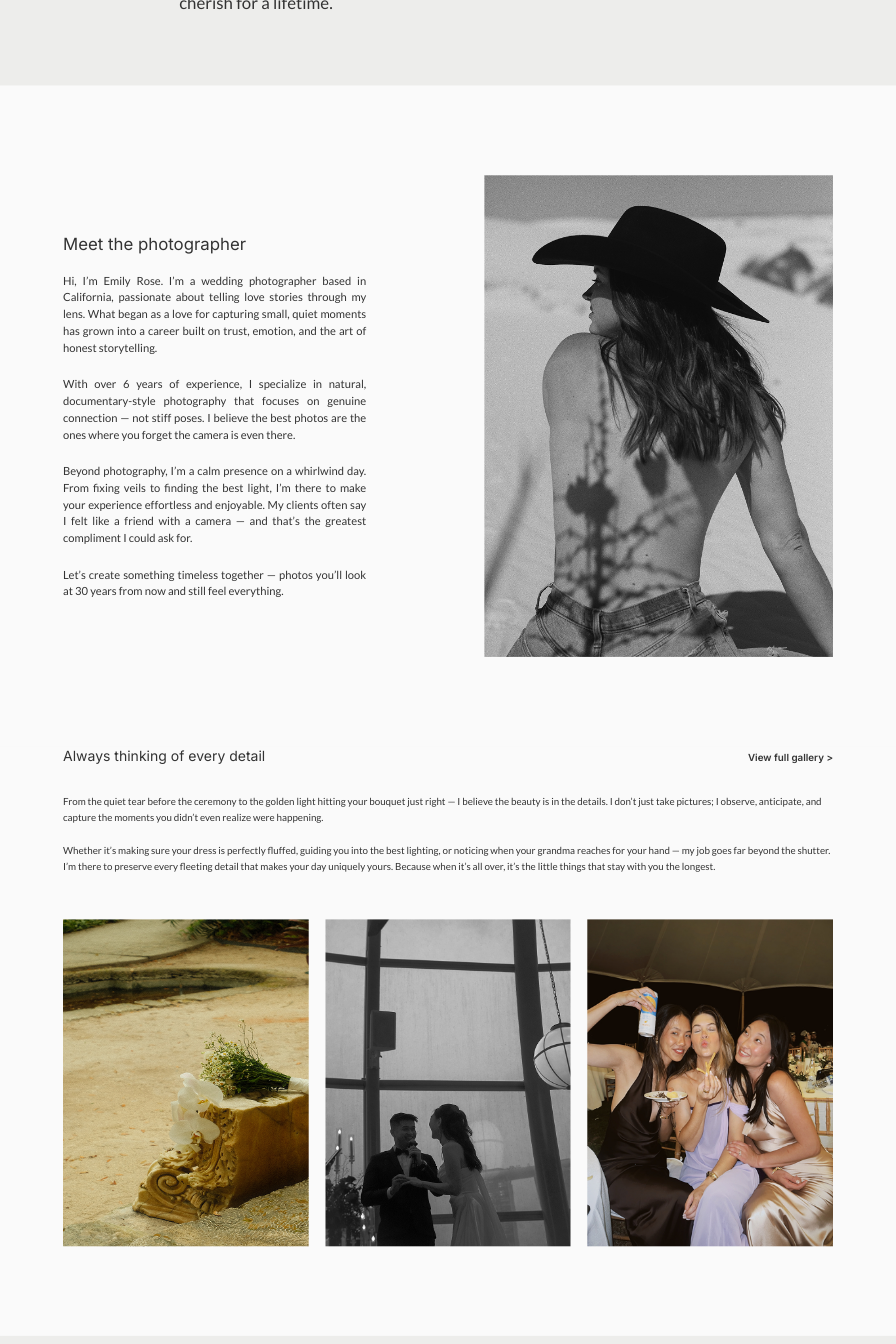
Repository: eduarda-magnago/wt-photography
Page: /
These files come from the project's save history. The page is drawn as it stood at one moment and after the next save; the edit follows.
The browser window is 1280 px wide. The pictures show the part of the page from y = 949 to 2869 px (the page is 3826 px tall before and 3829 px after), at 70% of full size.
Some web fonts or font styles are not loaded; a fallback is used. The project was rebuilt for these pictures with package versions that can differ from the ones it lists, and the page was loaded fresh each time. The framework's server and built-in components were replaced by stand-ins that run in the browser. Also part of the build but not shown: next.config.ts.

Above is the page before, as saved 2026-10-14 12:49:45.

### app/layout.tsx
import type { Metadata } from "next";
import { Inter, Lato, Cormorant_SC } from "next/font/google";
import Header from "@/components/layout/header";
import Footer from "@/components/layout/footer";
import "./globals.css";

const inter = Inter({
  subsets: ["latin"],
  variable: "--font-inter",
});

const lato = Lato({
  subsets: ["latin"],
  weight: ["300", "400", "700"],
  variable: "--font-lato",
});

const cormorant = Cormorant_SC({
  subsets: ["latin"],
  weight: ["300", "400", "500"],
  variable: "--font-cormorant",
});

export const metadata: Metadata = {
  title: "WT Timeless Photography",
  description: "Timeless wedding photography",
};

export default function RootLayout({
  children,
}: {
  children: React.ReactNode;
}) {
  return (
    <html
      lang="en"
      className={`${inter.variable} ${lato.variable} ${cormorant.variable}`}
    >
      <body className="font-sans antialiased">
        <Header />
        <main>{children}</main>
        <Footer />
      </body>
    </html>
  );
}

### app/page.tsx
import Hero from "@/components/hero";
import Intro from "@/components/home/intro";
import About from "@/components/home/about";
import Details from "@/components/home/details";
import Testimonials from "@/components/home/testimonials";

export default function Home() {
  return (
    <>
      <Hero
        eyebrow="Timeless Wedding Photography"
        title="Capturing the essence of your treasured moments"
        image="/img/hero-bg.jpg"
      />
      <Intro />
      <About />
      <Details />
      <Testimonials />
    </>
  );
}

### components/layout/header.tsx
"use client";

import { useState } from "react";
import Image from "next/image";
import Link from "next/link";

const navLinks = [
  { label: "Home", href: "/" },
  { label: "About me", href: "/#about" },
  { label: "Gallery", href: "/#gallery" },
  { label: "Testimonials", href: "/#testimonials" },
  { label: "Contact Us", href: "/contact#contact-form" },
];

export default function Header() {
  const [open, setOpen] = useState(false);

  return (
    <header className="absolute inset-x-0 top-0 z-30">
      <div className="flex items-start justify-between px-6 py-8 md:px-14">
        <ul className="flex items-center gap-3">
          <li>
            <a
              href="#"
              aria-label="Instagram"
              className="relative block h-[19px] w-[18px] transition-opacity hover:opacity-70"
            >
              <Image
                src="/img/instagram.png"
                alt=""
                fill
                sizes="18px"
                className="object-contain"
              />
            </a>
          </li>
          <li>
            <a
              href="#"
              aria-label="Facebook"
              className="relative block h-[18px] w-[18px] transition-opacity hover:opacity-70"
            >
              <Image
                src="/img/facebook.png"
                alt=""
                fill
                sizes="18px"
                className="object-contain"
              />
            </a>
          </li>
          <li>
            <a
              href="#"
              aria-label="YouTube"
              className="relative block h-[18px] w-[18px] transition-opacity hover:opacity-70"
            >
              <Image
                src="/img/youtube.png"
                alt=""
                fill
                sizes="18px"
                className="object-contain"
              />
            </a>
          </li>
          <li>
            <a
              href="#"
              aria-label="LinkedIn"
              className="relative block h-[18px] w-[18px] transition-opacity hover:opacity-70"
            >
              <Image
                src="/img/linkedin.png"
                alt=""
                fill
                sizes="18px"
                className="object-contain"
              />
            </a>
          </li>
        </ul>

        <button
          type="button"
          onClick={() => setOpen(true)}
          aria-label="Open menu"
          className="relative block h-6 w-9 transition-opacity hover:opacity-70"
        >
          <Image
            src="/img/menu.png"
            alt=""
            fill
            sizes="36px"
            className="object-contain"
          />
        </button>
      </div>

      {open && (
        <div className="fixed inset-0 z-40 flex items-center justify-center bg-ink/95">
          <button
            type="button"
            onClick={() => setOpen(false)}
            aria-label="Close menu"
            className="absolute right-6 top-8 text-3xl text-white md:right-14"
          >
            ✕
          </button>
          <nav>
            <ul className="flex flex-col items-center gap-8">
              {navLinks.map((link) => (
                <li key={link.label}>
                  <Link
                    href={link.href}
                    onClick={() => setOpen(false)}
                    className="font-heading text-2xl text-white"
                  >
                    {link.label}
                  </Link>
                </li>
              ))}
            </ul>
          </nav>
        </div>
      )}
    </header>
  );
}

### components/layout/footer.tsx
import Image from "next/image";
import Link from "next/link";

const exploreLinks = [
  { label: "Home", href: "/" },
  { label: "About me", href: "/#about" },
  { label: "Gallery", href: "/#gallery" },
  { label: "Testimonials", href: "/#testimonials" },
  { label: "Contact Us", href: "/contact#contact-form" },
];

export default function Footer() {
  return (
    <footer>
      <div className="bg-ink px-6 py-16 text-sm text-white md:px-14">
        <div className="mx-auto max-w-5xl">
          <div className="border-t border-white/30 pt-12">
            <div className="grid gap-12 md:grid-cols-[1fr_auto_auto] md:gap-20">
              <div>
                <Image
                  src="/img/logo.png"
                  alt="WT Timeless Photography"
                  width={240}
                  height={110}
                />
                <p className="mt-6 max-w-xs">
                  With a natural and artistic approach, we create photographs
                  that reflect everything.
                </p>
                <ul className="mt-6 flex items-center gap-3">
                  <li>
                    <a href="#" aria-label="Instagram" className="transition-opacity hover:opacity-70">
                      <Image src="/img/instagram.png" alt="" width={18} height={18} />
                    </a>
                  </li>
                  <li>
                    <a href="#" aria-label="Facebook"
                      className="relative block h-[18px] w-[18px] transition-opacity hover:opacity-70"
                    >
                      <Image src="/img/facebook.png" alt="" fill sizes="18px" className="object-contain"/>
                    </a>
                  </li>
                  <li>
                    <a href="#" aria-label="YouTube" className="transition-opacity hover:opacity-70">
                      <Image src="/img/youtube.png" alt="" width={18} height={18} />
                    </a>
                  </li>
                  <li>
                    <a href="#" aria-label="LinkedIn" className="transition-opacity hover:opacity-70">
                      <Image src="/img/linkedin.png" alt="" width={18} height={18} />
                    </a>
                  </li>
                </ul>
              </div>

              <div>
                <h3 className="mb-6 text-xs uppercase tracking-widest">
                  Explore
                </h3>
                <ul className="space-y-2">
                  {exploreLinks.map((link) => (
                    <li key={link.label}>
                      <Link href={link.href}>{link.label}</Link>
                    </li>
                  ))}
                </ul>
              </div>

              <div>
                <h3 className="mb-6 text-xs uppercase tracking-widest">
                  Enquiries
                </h3>
                <address className="not-italic leading-relaxed">
                  641 Route de Gibannaz
                  <br />
                  Les Gets
                  <br />
                  74260
                </address>
                <div className="mt-6 flex flex-col gap-1 underline">
                  <a href="tel:+33685204809">+33 (0)6 85 20 48 09</a>
                  <a href="tel:+447967728009">+44 (0)7967 728009</a>
                </div>
                <a
                  href="mailto:info@weddingphoto.com"
                  className="mt-6 block underline"
                >
                  info@weddingphoto.com
                </a>
              </div>
            </div>

            <div className="mt-16 flex flex-col gap-4 border-t border-white/30 pt-6 text-xs md:flex-row md:justify-between">
              <p>
                Designed &amp; developed by{" "}
                <a href="https://www.instagram.com/webstudio.em" target="_blank" rel="noopener noreferrer" className="underline">
                  EM Studio
                </a>
              </p>
              <div className="flex gap-6 underline">
                <a href="#">Terms &amp; Conditions</a>
                <a href="#">Privacy Policy</a>
              </div>
            </div>
          </div>
        </div>
      </div>
      <p className="bg-neutral-200 px-6 py-5 text-center text-xs uppercase tracking-wide">
        © WT Timeless Photography 2026 - All the rights reserved.
      </p>
    </footer>
  );
}

### app/globals.css
@import "tailwindcss";

@theme inline {
  --font-sans: var(--font-lato);
  --font-heading: var(--font-inter);
  --font-hero: var(--font-cormorant);

  --color-ink: #333333;
  --color-sand: #ededeb;
  --color-paper: #fafafa;
  --color-blush: #f4e6dc;
}

html {
  scroll-behavior: smooth;
}

body {
  background: var(--color-paper);
  color: var(--color-ink);
}

### components/hero.tsx
import Image from "next/image";
import Link from "next/link";

type HeroProps = {
  eyebrow: string;
  title: string;
  image: string;
  ctaLabel?: string;
  ctaHref?: string;
};

export default function Hero({
  eyebrow,
  title,
  image,
  ctaLabel = "Explore our gallery",
  ctaHref = "/#gallery",
}: HeroProps) {
  return (
    <section className="relative flex h-[70vh] min-h-[715px] items-center justify-center overflow-hidden">
      <Image
        src="/img/hero.png"
        alt=""
        fill
        priority
        sizes="100vw"
        className="object-cover"
      />
      <div className="absolute inset-0 bg-black/20" />
      <div className="relative z-10 flex max-w-3xl flex-col items-center px-6 text-center text-white">
        <p className="mb-4 text-sm">{eyebrow}</p>
        <h1 className="font-hero text-5xl leading-[0.9] md:text-7xl">
          {title}
        </h1>
        <Link
          href={ctaHref}
          className="mt-8 border-b border-white pb-1 text-xs uppercase tracking-wider"
        >
          {ctaLabel}
        </Link>
      </div>
    </section>
  );
}

### components/home/intro.tsx
export default function Intro() {
  return (
    <section className="bg-sand px-6 py-22 md:py-25">
      <p className="mx-auto max-w-3xl text-justify text-xl leading-relaxed md:text-2xl">
        Your love story is one of a kind, filled with genuine emotions,
        meaningful details, and unforgettable moments. Our passion is to
        preserve those fleeting seconds and transform them into timeless images
        that you will cherish for a lifetime.
      </p>
    </section>
  );
}

### components/home/about.tsx
import Image from "next/image";

export default function About() {
  return (
    <section id="about" className="bg-paper px-6 py-24 md:px-14 md:py-32">
      <div className="mx-auto grid max-w-[1100px] items-center gap-12 md:grid-cols-[435fr_500fr] md:gap-x-16 xl:gap-x-[169px]">
        <div>
          <h2 className="font-heading text-2xl">Meet the photographer</h2>

          <div className="mt-6 space-y-7 text-justify text-base leading-6">
            <p>
              Hi, I’m Emily Rose. I’m a wedding photographer based in
              California, passionate about telling love stories through my
              lens. What began as a love for capturing small, quiet moments has
              grown into a career built on trust, emotion, and the art of
              honest storytelling.
            </p>
            <p>
              With over 6 years of experience, I specialize in natural,
              documentary-style photography that focuses on genuine connection
              — not stiff poses. I believe the best photos are the ones where
              you forget the camera is even there.
            </p>
            <p>
              Beyond photography, I’m a calm presence on a whirlwind day. From
              fixing veils to finding the best light, I’m there to make your
              experience effortless and enjoyable. My clients often say I felt
              like a friend with a camera — and that’s the greatest compliment
              I could ask for.
            </p>
            <p>
              Let’s create something timeless together — photos you’ll look at
              30 years from now and still feel everything.
            </p>
          </div>
        </div>

        <div className="relative aspect-[619/855] w-full">
          <Image
            src="/img/about.png"
            alt="Wedding photographer picture"
            fill
            sizes="(min-width: 1280px) 500px, (min-width: 768px) 50vw, 100vw"
            className="object-cover"
          />
        </div>
      </div>
    </section>
  );
}

### components/home/details.tsx
import Image from "next/image";
import Link from "next/link";

const photos = [
  { src: "/img/detail1.png", alt: "Bouquet resting on a golden ornament" },
  { src: "/img/detail2.png", alt: "Couple dancing by a large window" },
  { src: "/img/detail3.png", alt: "Bridesmaids laughing together" },
];

export default function Details() {
  return (
    <section id="gallery" className="bg-paper px-6 pb-24 md:px-14 md:pb-32">
      <div className="mx-auto max-w-[1100px]">
        <div className="flex items-baseline justify-between">
          <h2 className="font-heading text-xl">
            Always thinking of every detail
          </h2>
          <Link href="/#gallery" className="font-heading text-sm font-semibold">
            View full gallery &gt;
          </Link>
        </div>

        <div className="mt-10 space-y-6 text-sm leading-relaxed">
          <p>
            From the quiet tear before the ceremony to the golden light hitting
            your bouquet just right — I believe the beauty is in the details. I
            don’t just take pictures; I observe, anticipate, and capture the
            moments you didn’t even realize were happening.
          </p>
          <p>
            Whether it’s making sure your dress is perfectly fluffed, guiding
            you into the best lighting, or noticing when your grandma reaches
            for your hand — my job goes far beyond the shutter. I’m there to
            preserve every fleeting detail that makes your day uniquely yours.
            Because when it’s all over, it’s the little things that stay with
            you the longest.
          </p>
        </div>

        <div className="mt-16 grid gap-6 md:grid-cols-3">
          {photos.map((photo) => (
            <div key={photo.src} className="relative aspect-[3/4]">
              <Image
                src={photo.src}
                alt={photo.alt}
                fill
                sizes="(min-width: 768px) 33vw, 100vw"
                className="object-cover"
              />
            </div>
          ))}
        </div>
      </div>
    </section>
  );
}

### components/home/testimonials.tsx
"use client";

import { useState } from "react";
import Image from "next/image";

const testimonials = [
  {
    name: "Anna C.",
    image: "/img/testimonial.png",
    quote:
      "I had a very amazing contracting WP for my wedding. They are super kind team and I always felt I could trust 100% in their work. When I received the pictures I was more surprised than I imagined, really good quality! No regrets.",
  },
];

export default function Testimonials() {
  const [index, setIndex] = useState(0);
  const current = testimonials[index];

  function next() {
    setIndex((prev) => (prev + 1) % testimonials.length);
  }

  return (
    <section id="testimonials" className="bg-sand px-6 py-20 md:px-14">
      <div className="mx-auto grid max-w-5xl items-center gap-10 md:grid-cols-[auto_1fr] md:gap-16">
        <div className="relative h-48 w-48 overflow-hidden rounded-full md:h-56 md:w-56">
          <Image
            src={current.image}
            alt={current.name}
            fill
            sizes="224px"
            className="object-cover"
          />
        </div>

        <div>
          <h3 className="font-heading text-xl">{current.name}</h3>
          <blockquote className="mt-4 text-justify text-lg leading-relaxed">
            “{current.quote}”
          </blockquote>
          <button
            type="button"
            onClick={next}
            className="font-heading mt-8 ml-auto block text-sm font-semibold"
          >
            {index + 1}/{testimonials.length} &gt;
          </button>
        </div>
      </div>
    </section>
  );
}

After the next save:
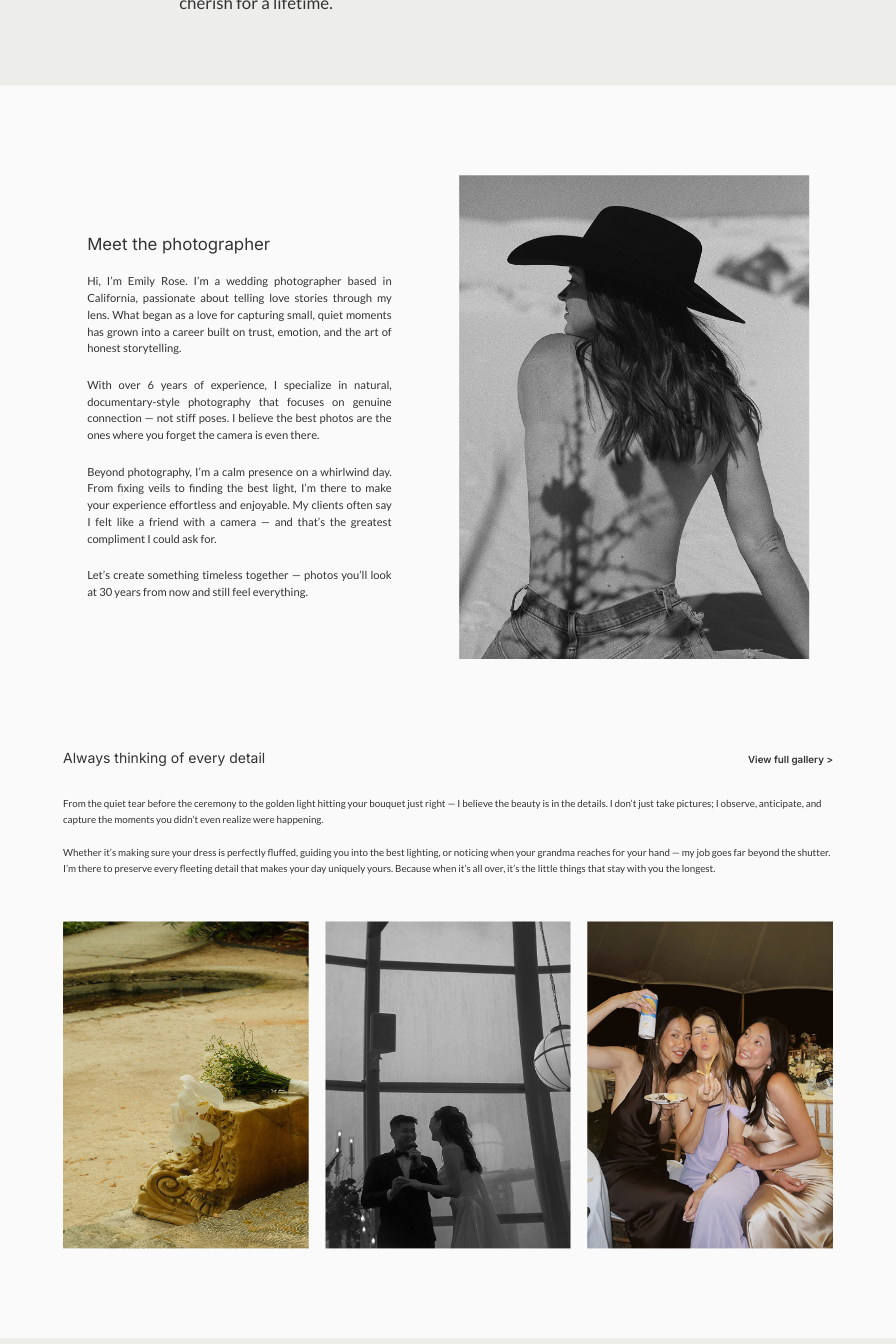
Saved 68 s later.
--- a/components/home/about.tsx
+++ b/components/home/about.tsx
@@ -3,7 +3,7 @@ import Image from "next/image";
 export default function About() {
   return (
     <section id="about" className="bg-paper px-6 py-24 md:px-14 md:py-32">
-      <div className="mx-auto grid max-w-[1100px] items-center gap-12 md:grid-cols-[435fr_500fr] md:gap-x-16 xl:gap-x-[169px]">
+      <div className="mx-auto grid max-w-[1031px] items-center gap-12 md:grid-cols-[435fr_500fr] md:gap-x-12 xl:gap-x-[96px]">
         <div>
           <h2 className="font-heading text-2xl">Meet the photographer</h2>
 
